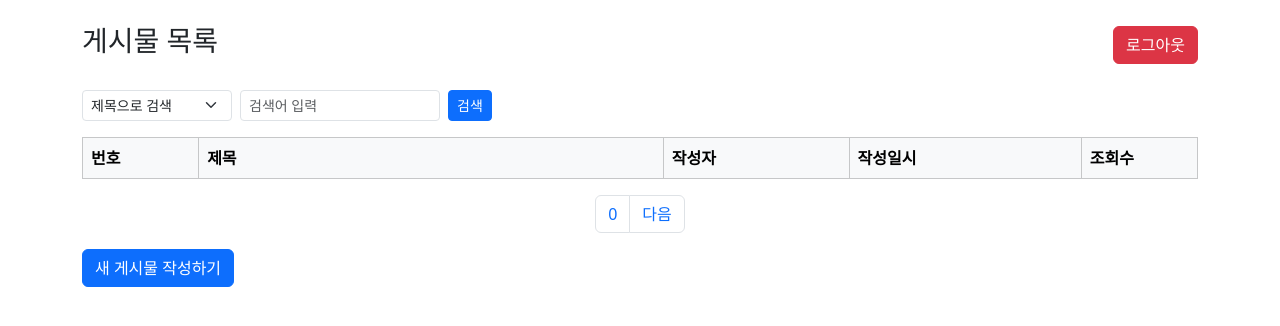
Repository: LHH-commits/SpringBoot_simple_board
Page: http://localhost/lcomputerstudy/WEB-INF/views/list.jsp
The author's editor kept a copy of each file at every save. The page is drawn from the files as they stood at one save, then again after the next save.
The browser window is 1280 px wide. The pictures show the whole page.
The page is served by Tomcat 9. Nobody is signed in. Other server files are loaded and not shown. The template is opened directly, without the code that normally fills it, so the values that code supplies are empty.

Above is the page before, as saved 2024-09-23 01:33:36.

### lcomputerstudy/src/main/webapp/WEB-INF/views/list.jsp
<%@ page language="java" contentType="text/html; charset=UTF-8" pageEncoding="UTF-8"%>
<%@ taglib prefix="c" uri="http://java.sun.com/jsp/jstl/core"%>

<!DOCTYPE html>
<html>
<head>
<meta charset="UTF-8">
<title>게시물 목록</title>
<script src="https://ajax.googleapis.com/ajax/libs/jquery/1.12.4/jquery.min.js"></script>
<link href="https://cdn.jsdelivr.net/npm/bootstrap@5.3.3/dist/css/bootstrap.min.css" rel="stylesheet" integrity="sha384-QWTKZyjpPEjISv5WaRU9OFeRpok6YctnYmDr5pNlyT2bRjXh0JMhjY6hW+ALEwIH" crossorigin="anonymous">
<script src="https://cdn.jsdelivr.net/npm/bootstrap@5.3.3/dist/js/bootstrap.bundle.min.js" integrity="sha384-YvpcrYf0tY3lHB60NNkmXc5s9fDVZLESaAA55NDzOxhy9GkcIdslK1eN7N6jIeHz" crossorigin="anonymous"></script>
<!-- <style>
        body {
            font-family: Arial, sans-serif;
            margin: 20px;
        }
        table {
            width: 100%;
            border-collapse: collapse;
            margin-bottom: 20px;
        }
        th, td {
            padding: 10px;
            text-align: left;
            border-bottom: 1px solid #ddd;
        }
        th {
            background-color: #f4f4f4;
        }
        tr:hover {
            background-color: #f1f1f1;
        }
        h1 {
            color: #333;
        }
        .container {
            max-width: 1200px;
            margin: 0 auto;
        }
        .button {
            padding: 10px 15px;
            text-decoration: none;
            color: #fff;
            background-color: #007bff;
            border-radius: 5px;
            font-size: 16px;
            display: inline-block;
            margin-bottom: 20px;
        }
        .button:hover {
            background-color: #0056b3;
        }
        .header {
	        display: flex;
	        justify-content: space-between;
	        align-items: center;
	        margin-bottom: 20px;
   		}
    	.logout-button {
	        padding: 10px 15px;
	        text-decoration: none;
	        color: #fff;
	        background-color: #dc3545;
	        border-radius: 5px;
	        font-size: 16px;
   		}
    	.logout-button:hover {
        	background-color: #c82333;
   		}
   		.pagination {
	        text-align: center;
	        margin: 20px 0;
	    }
	    .pagination a {
	        color: #007bff;
	        text-decoration: none;
	        padding: 10px 15px;
	        border: 1px solid #ddd;
	        border-radius: 5px;
	        margin: 0 5px;
	    }
	    .pagination a:hover, .pagination a.active {
	        background-color: #007bff;
	        color: #fff;
	        border-color: #007bff;
	    }
	    .pagination .disabled {
	        color: #ddd;
	        border-color: #ddd;
	        cursor: not-allowed;
	    }
    </style> -->
<script>
    function goToList() {
        window.location.href = "/list"; // 전체 리스트로 이동
    }
</script>
</head>
<body>
    <div class="container mt-4">
    	<div class="d-flex justify-content-between align-items-center mb-4">
    		<h1 class="h3" onclick="goToList()" style="cursor: pointer;">게시물 목록</h1>
    		<a href="/logout" class="btn btn-danger">로그아웃</a>
    	</div>
	<form action="/list" method="get" class="d-flex mb-3">
	    <select name="searchOption" class="form-select form-select-sm me-2" style="width:150px">
	        <option value="title" ${searchparam.searchOption == 'title' ? 'selected' : ''}>제목으로 검색</option>
	        <option value="content" ${searchparam.searchOption == 'content' ? 'selected' : ''}>내용으로 검색</option>
	        <option value="titleContent" ${searchparam.searchOption == 'titleContent' ? 'selected' : ''}>제목+내용으로 검색</option>
	    </select>
    	<input type="text" name="searchKeyword" class="form-control form-control-sm me-2" style="width:200px" value="${searchparam.searchKeyword != null ? searchparam.searchKeyword : ''}" placeholder="검색어 입력">
   		<button type="submit" class="btn btn-primary btn-sm">검색</button>
	</form>
    <table class="table table-hover table-bordered">
        <thead class="table-light">
            <tr>
                <th style="width: 5%">번호</th>
                <th style="width: 20%">제목</th>
                <th style="width: 8%">작성자</th>
                <th style="width: 10%">작성일시</th>
                <th style="width: 5%">조회수</th>
            </tr>
        </thead>
        <tbody>
            <c:forEach var="item" items="${list}">
                <tr>
                    <td>${item.bId}</td>
                    <td><a href="/detailBoard?bId=${item.bId}&page=${pagination.page}&searchOption=${searchparam.searchOption}&searchKeyword=${searchparam.searchKeyword}"
                    class="text-decoration-none">${item.bTitle}</a></td>
                    <td>${item.bWriter}</td>
                    <td>${item.bDateTime}</td>
                    <td>${item.bViews}</td>
                </tr>
            </c:forEach>
        </tbody>
    </table>
    <nav>
		<ul class="pagination justify-content-center">
		    <c:if test="${pagination.prevPage > 0}">
		    	<li class="page-item">
		        	<a class="page-link" href="/list?page=${pagination.prevPage}&searchOption=${searchparam.searchOption}&searchKeyword=${searchparam.searchKeyword}">이전</a>
		    </c:if>
		    <c:forEach var="i" begin="${pagination.startPage}" end="${pagination.endPage}">
		    	<li class="page-item ${i == pagination.page ? 'active' : ''}">
		        	<a class="page-link" href="/list?page=${i}&searchOption=${searchparam.searchOption}&searchKeyword=${searchparam.searchKeyword}">${i}</a>
		        </li>
		    </c:forEach>
		    <c:if test="${pagination.nextPage <= pagination.lastPage}">
		    	<li class="page-item">
		        	<a class="page-link" href="/list?page=${pagination.nextPage}&searchOption=${searchparam.searchOption}&searchKeyword=${searchparam.searchKeyword}">다음</a>
		    	</li>
		    </c:if>
		</ul>
	</nav>
        <a href="/insertBoard" class="btn btn-primary">새 게시물 작성하기</a>
    </div>
</body>
</html>

After the next save:
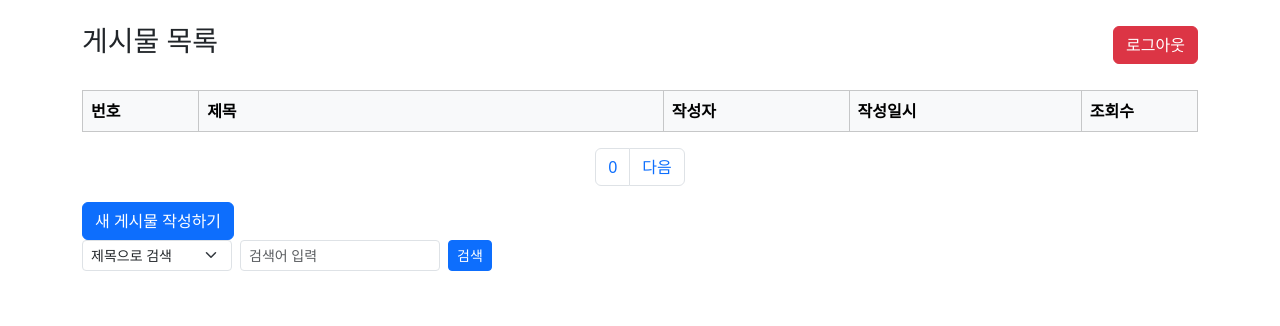
Saved 2 min 12 s later.
--- a/lcomputerstudy/src/main/webapp/WEB-INF/views/list.jsp
+++ b/lcomputerstudy/src/main/webapp/WEB-INF/views/list.jsp
@@ -102,15 +102,7 @@
     		<h1 class="h3" onclick="goToList()" style="cursor: pointer;">게시물 목록</h1>
     		<a href="/logout" class="btn btn-danger">로그아웃</a>
     	</div>
-	<form action="/list" method="get" class="d-flex mb-3">
-	    <select name="searchOption" class="form-select form-select-sm me-2" style="width:150px">
-	        <option value="title" ${searchparam.searchOption == 'title' ? 'selected' : ''}>제목으로 검색</option>
-	        <option value="content" ${searchparam.searchOption == 'content' ? 'selected' : ''}>내용으로 검색</option>
-	        <option value="titleContent" ${searchparam.searchOption == 'titleContent' ? 'selected' : ''}>제목+내용으로 검색</option>
-	    </select>
-    	<input type="text" name="searchKeyword" class="form-control form-control-sm me-2" style="width:200px" value="${searchparam.searchKeyword != null ? searchparam.searchKeyword : ''}" placeholder="검색어 입력">
-   		<button type="submit" class="btn btn-primary btn-sm">검색</button>
-	</form>
+
     <table class="table table-hover table-bordered">
         <thead class="table-light">
             <tr>
@@ -153,6 +145,15 @@
 		</ul>
 	</nav>
         <a href="/insertBoard" class="btn btn-primary">새 게시물 작성하기</a>
+        <form action="/list" method="get" class="d-flex mb-3">
+	    <select name="searchOption" class="form-select form-select-sm me-2" style="width:150px">
+	        <option value="title" ${searchparam.searchOption == 'title' ? 'selected' : ''}>제목으로 검색</option>
+	        <option value="content" ${searchparam.searchOption == 'content' ? 'selected' : ''}>내용으로 검색</option>
+	        <option value="titleContent" ${searchparam.searchOption == 'titleContent' ? 'selected' : ''}>제목+내용으로 검색</option>
+	    </select>
+    	<input type="text" name="searchKeyword" class="form-control form-control-sm me-2" style="width:200px" value="${searchparam.searchKeyword != null ? searchparam.searchKeyword : ''}" placeholder="검색어 입력">
+   		<button type="submit" class="btn btn-primary btn-sm">검색</button>
+	</form>
     </div>
 </body>
 </html>
